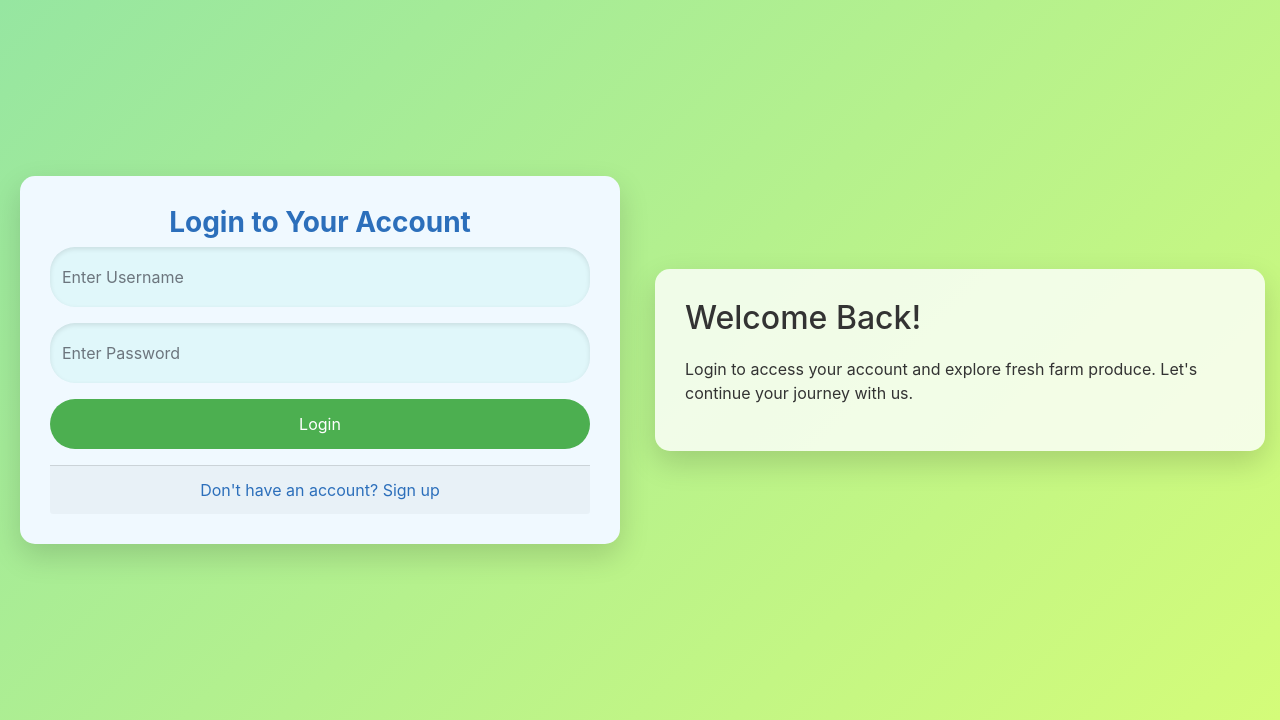
Repository: Dineshbabu290904/DigiMart
Page: http://localhost/DigiMart/login.jsp
The author's editor kept a copy of each file at every save. The page is drawn from the files as they stood at one save, then again after the next save.
The browser window is 1280 px wide. The pictures show the whole page.
Some web libraries are served in a nearby version. The page is served by Tomcat 9. Other server files are loaded and not shown.

Above is the page before, as saved 2024-10-16 15:40:56.

### DigiMart/src/main/webapp/login.jsp
<!DOCTYPE html>
<html lang="en">
<head>
    <meta charset="UTF-8">
    <meta name="viewport" content="width=device-width, initial-scale=1.0">
    <title>Login</title>
    <!-- Bootstrap CSS CDN -->
    <link href="https://stackpath.bootstrapcdn.com/bootstrap/4.5.2/css/bootstrap.min.css" rel="stylesheet">
    <!-- Custom CSS -->
    <style>
        body {
            background: linear-gradient(135deg, #96e6a1 0%, #d4fc79 100%); /* Light green gradient */
            display: flex;
            min-height: 100vh;
        }
        .section {
            display: flex;
            align-items: center;
            justify-content: center;
            min-height: 100vh;
        }
        .card-custom {
            border-radius: 15px;
            background: #f0f9ff; /* Light blue background */
            padding: 30px;
            box-shadow: 0 12px 30px rgba(0, 0, 0, 0.15); /* Soft shadow */
            transition: transform 0.3s ease;
            width: 100%; /* Ensure full width on small devices */
            max-width: 600px; /* Set maximum width for the card */
        }
        .card-custom:hover {
            transform: translateY(-5px); /* Subtle hover lift */
        }
        .card-custom h3 {
            font-weight: bold;
            color: #2c6fbb; /* Cool blue for headings */
        }
        .form-control {
            border-radius: 25px;
            height: 60px; /* Increased height for input fields */
            background-color: #e0f7fa; /* Light cyan background for inputs */
            border: none;
            box-shadow: inset 0 2px 5px rgba(0, 0, 0, 0.1);
        }
        .btn-custom {
            border-radius: 25px;
            padding: 12px 25px;
            background-color: #4caf50; /* Light green button */
            color: white;
        }
        .description-card {
            background: rgba(255, 255, 255, 0.8); /* Semi-transparent white */
            border-radius: 15px;
            padding: 30px;
            box-shadow: 0 12px 30px rgba(0, 0, 0, 0.15);
            color: #333;
        }
        .description-card h2 {
            font-size: 2rem;
            margin-bottom: 20px;
        }
        .card-footer a {
            color: #2c6fbb;
        }
        .message {
            color: #ff5722; /* Error message color */
            font-weight: bold;
            text-align: center;
            margin-bottom: 15px;
        }
    </style>
</head>
<body>

<div class="container-fluid">
    <div class="row section">
        <!-- Left Side: Login Form -->
        <div class="col-md-6 d-flex align-items-center justify-content-center">
            <div class="card-custom">
                <h3 class="text-center">Login to Your Account</h3>
                <form action="login" method="post">
                    <div class="form-group">
                        <input type="text" class="form-control" id="username" name="username" placeholder="Enter Username" required>
                    </div>
                    <div class="form-group">
                        <input type="password" class="form-control" id="password" name="password" placeholder="Enter Password" required>
                    </div>
                    <button type="submit" class="btn btn-custom btn-block">Login</button>
                </form>
                <%
                    String msg = request.getParameter("msg");
                    if ("notexist".equals(msg)) {
                %>
                <div class="message">Incorrect Username or Password</div>
                <% } else if ("invalid".equals(msg)) { %>
                <div class="message">Something Went Wrong! Try Again!</div>
                <% } %>
                <div class="card-footer text-center mt-3">
                    <a href="signup.jsp">Don't have an account? Sign up</a>
                </div>
            </div>
        </div>

        <!-- Right Side: Description Card for Login -->
        <div class="col-md-6 d-none d-md-flex align-items-center justify-content-center">
            <div class="description-card">
                <h2>Welcome Back!</h2>
                <p>Login to access your account and explore fresh farm produce. Let's continue your journey with us.</p>
            </div>
        </div>
    </div>
</div>




<!-- Bootstrap JS and dependencies -->
<script src="https://code.jquery.com/jquery-3.5.1.slim.min.js"></script>
<script src="https://cdn.jsdelivr.net/npm/@popperjs/core@2.5.3/dist/umd/popper.min.js"></script>
<script src="https://stackpath.bootstrapcdn.com/bootstrap/4.5.2/js/bootstrap.min.js"></script>
</body>
</html>

After the next save:
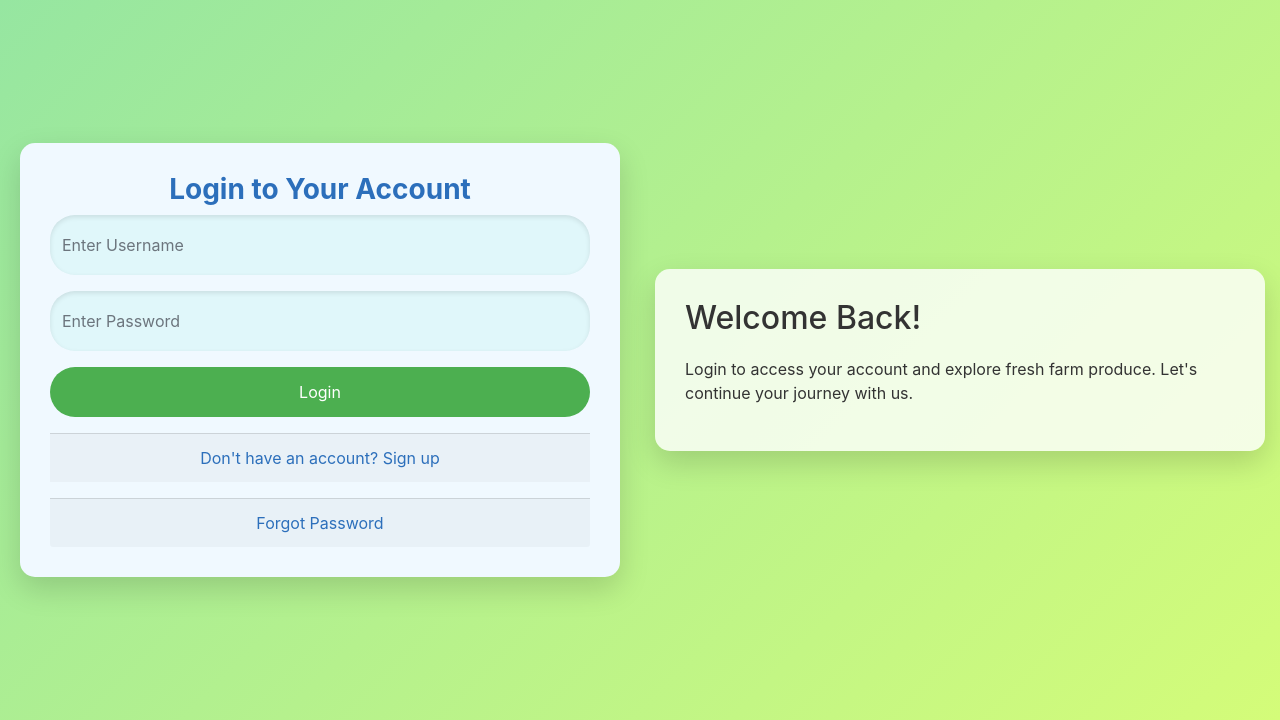
Saved 49 s later.
--- a/DigiMart/src/main/webapp/login.jsp
+++ b/DigiMart/src/main/webapp/login.jsp
@@ -98,6 +98,9 @@
                 <div class="card-footer text-center mt-3">
                     <a href="signup.jsp">Don't have an account? Sign up</a>
                 </div>
+                <div class="card-footer text-center mt-3">
+                    <a href="forgotpassword.jsp">Forgot Password</a>
+                </div>
             </div>
         </div>
 
